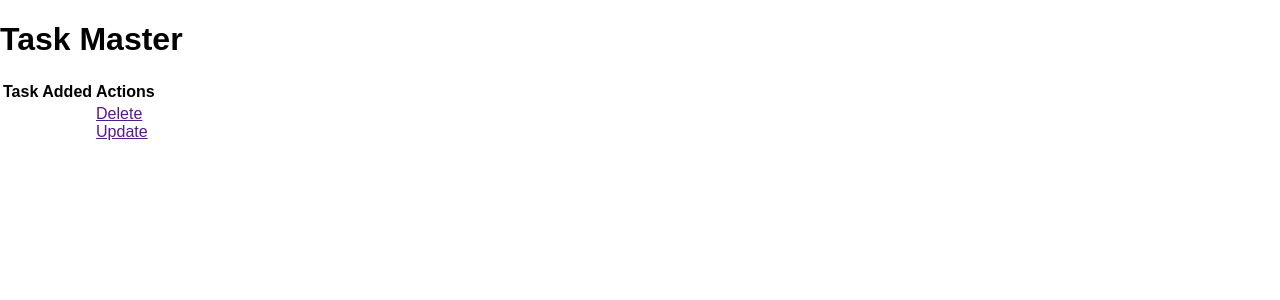
Repository: shaysnutss/FirstFlaskApp
Page: http://localhost/
These files come from the project's save history. The page is drawn as it stood at one moment and after the next save; the edit follows.
The browser window is 1280 px wide. The pictures show the whole page.
The page is served by the project's application, run on Flask 3 (app.py).

Above is the page before, as saved 2022-08-25 01:09:56.

After the next save:
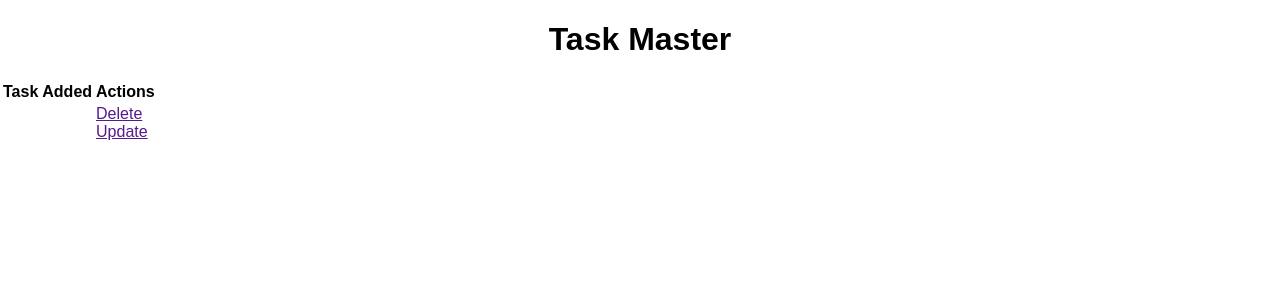
Saved 2 min 18 s later.
--- a/templates/index.html
+++ b/templates/index.html
@@ -6,7 +6,7 @@
 
 {% block body %}
 <div class="content">
-    <h1>Task Master</h1>
+    <h1  style="text-align: center">Task Master</h1>
     <table>
         <tr>
             <th>Task</th>
